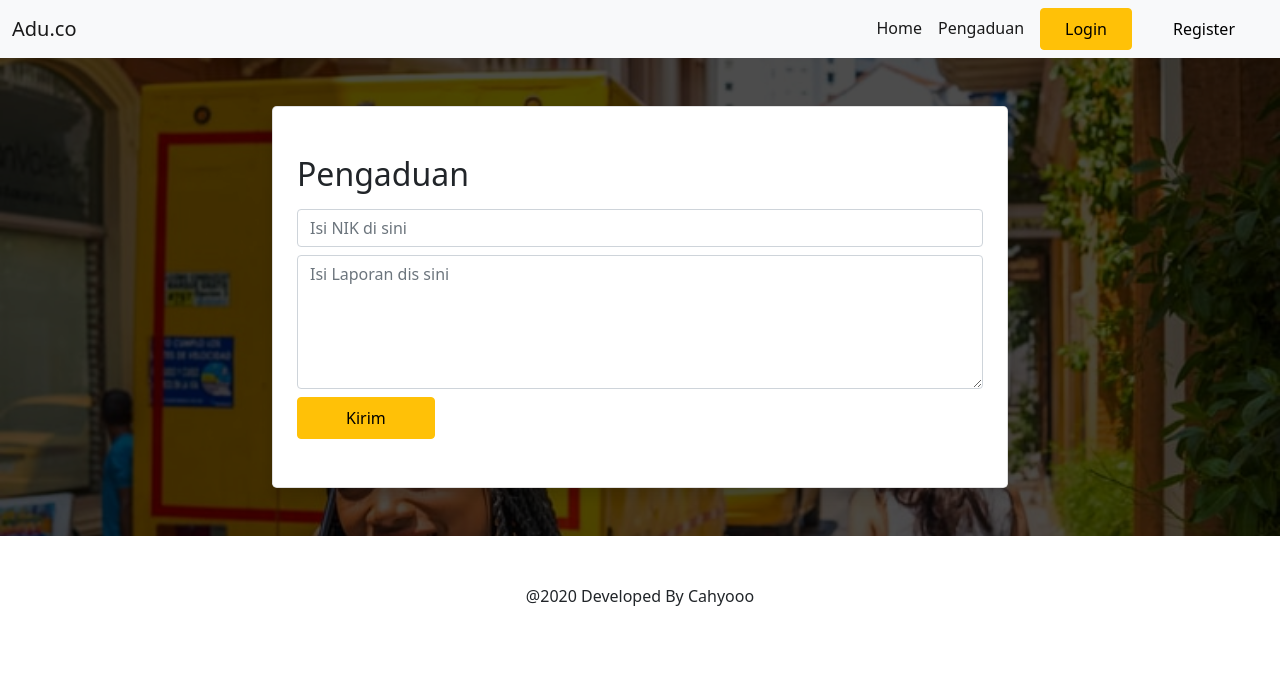
Repository: khulqu15/pengaduan2
Page: http://localhost/form/pengaduan
The author's editor kept a copy of each file at every save. The page is drawn from the files as they stood at one save, then again after the next save.
The browser window is 1280 px wide. The pictures show the whole page.
The page is served by the project's Laravel application, run on PHP 8.4 with Laravel 8.

Above is the page before, as saved 2021-02-23 21:26:13.

After the next save:
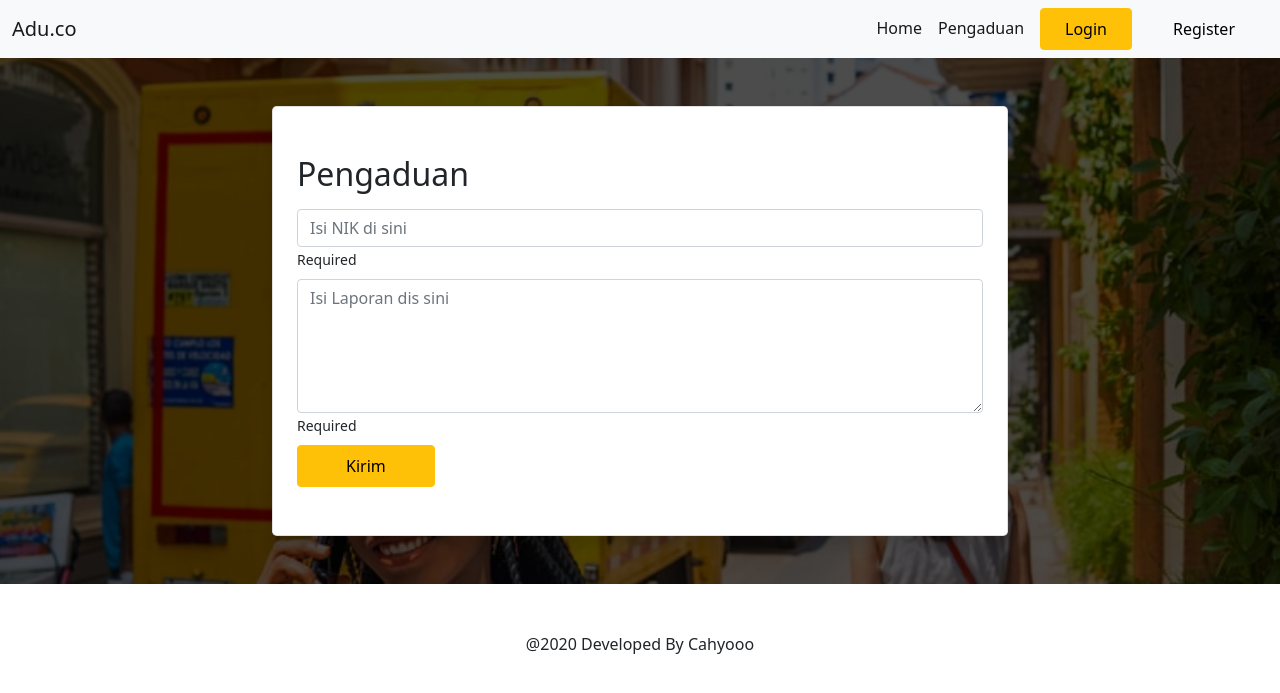
Saved 55 s later.
--- a/resources/views/pengaduan.blade.php
+++ b/resources/views/pengaduan.blade.php
@@ -12,10 +12,12 @@
                         <h2>Pengaduan</h2>
                         <form action="{{ route('pengaduan.post') }}">
                             <div class="form-group my-2">
-                                <input type="text" class="form-control" name="nik" id="nik" placeholder="Isi NIK di sini">
+                                <input type="text" class="form-control" aria-describedby="nik-feedback" name="nik" id="nik" placeholder="Isi NIK di sini">
+                                <small id="nik-feedback">Required</small>
                             </div>
                             <div class="form-group my-2">
-                                <textarea type="text" rows="5" name="text" class="form-control" placeholder="Isi Laporan dis sini"></textarea>
+                                <textarea type="text" rows="5" required aria-describedby="text-feedback" name="text" class="form-control" placeholder="Isi Laporan dis sini"></textarea>
+                                <small id="text-feedback">Required</small>
                             </div>
                             <button class="btn btn-warning px-5 py-2">Kirim</button>
                         </form>
